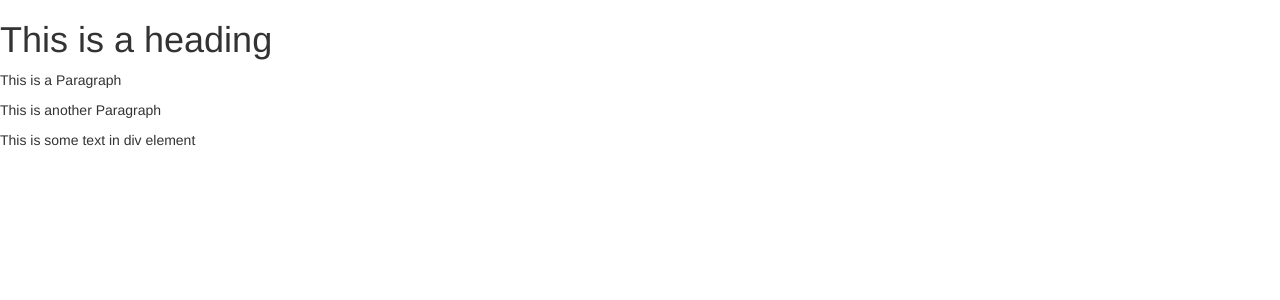
Repository: vaibhavkri/Trendnxt-Projects
Page: bootstrap/Bootstrap– L3 Assignment/Topic 5 CSS Pseudo-classes/Assignment2.html
An editor plug-in stored every save of this project. The page is shown before and after the next save, followed by the edit.
The browser window is 1280 px wide. The pictures show the whole page.

Above is the page before, as saved 2018-10-23 14:06:48.

### bootstrap/Bootstrap– L3 Assignment/Topic 5 CSS Pseudo-classes/Assignment2.html
<!DOCTYPE html>
<html lang="en">

<head>
    <title>Bootstrap Example</title>
    <meta charset="utf-8">
    <meta name="viewport" content="width=device-width, initial-scale=1, shring-to-fit=no">
    <link rel="stylesheet" href="https://maxcdn.bootstrapcdn.com/bootstrap/3.3.7/css/bootstrap.min.css">
    <script src="https://ajax.googleapis.com/ajax/libs/jquery/3.3.1/jquery.min.js"></script>
    <script src="https://maxcdn.bootstrapcdn.com/bootstrap/3.3.7/js/bootstrap.min.js"></script>
    <style>

    </style>
</head>

<body>
    <h1>This is a heading </h1>
    <p>This is a Paragraph</p>
    <p>This is another Paragraph</p>
    <div>This is some text in div element</div>


</body>

</html>

After the next save:
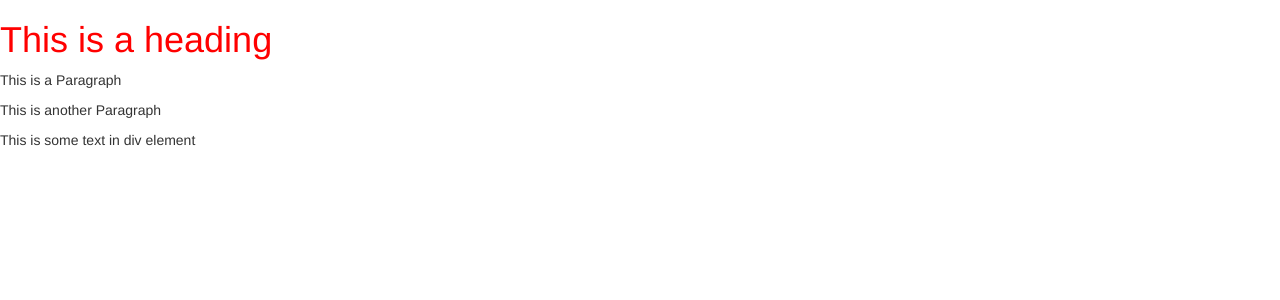
Saved 50 s later.
--- a/bootstrap/Bootstrap– L3 Assignment/Topic 5 CSS Pseudo-classes/Assignment2.html
+++ b/bootstrap/Bootstrap– L3 Assignment/Topic 5 CSS Pseudo-classes/Assignment2.html
@@ -9,7 +9,9 @@
     <script src="https://ajax.googleapis.com/ajax/libs/jquery/3.3.1/jquery.min.js"></script>
     <script src="https://maxcdn.bootstrapcdn.com/bootstrap/3.3.7/js/bootstrap.min.js"></script>
     <style>
-
+        h1::first-line {
+            color: red;
+        }
     </style>
 </head>
 
